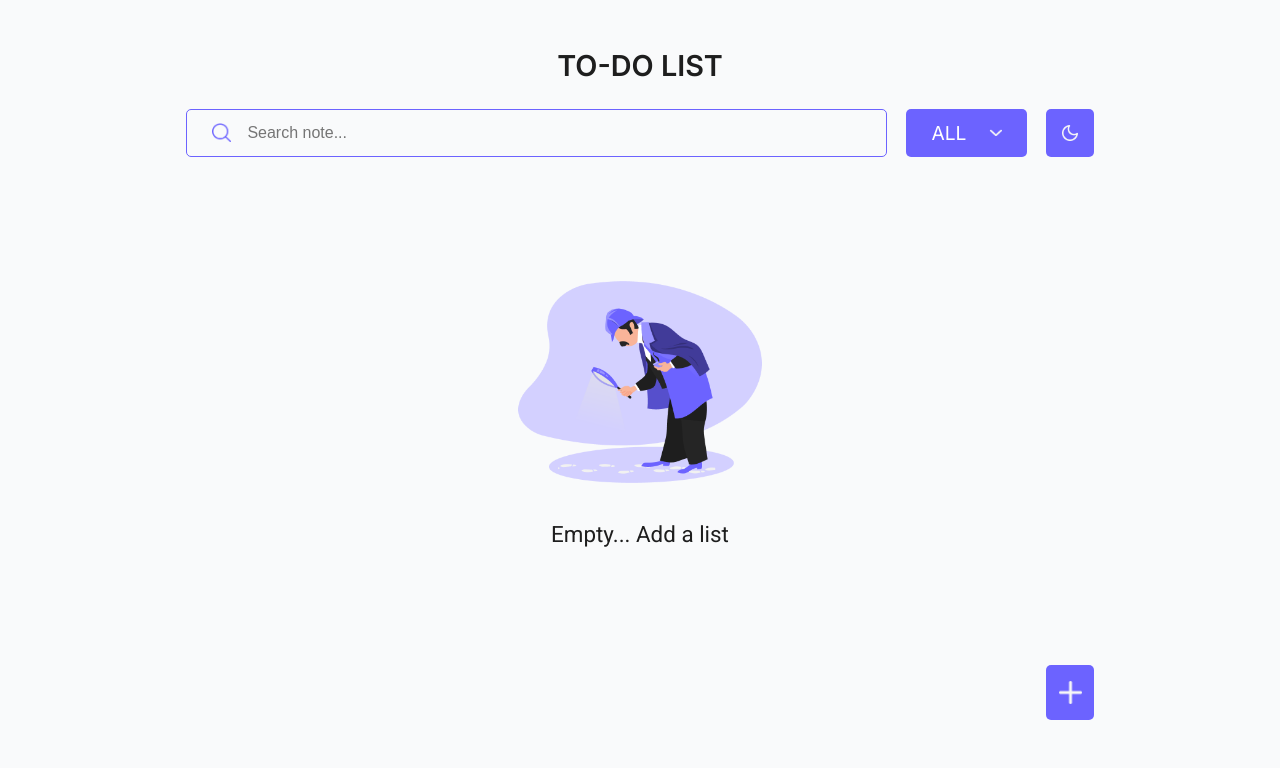
Repository: Marykeje/To-do-list
Page: index.html
An editor plug-in stored every save of this project. The page is shown before and after a run of saves, followed by the edit.
The browser window is 1280 px wide. The pictures show the whole page.
The style sheet was rebuilt from its Sass, Less or Tailwind sources for each picture, by a compiler version that may differ from the author's.

Above is the page before, as saved 2025-12-03 10:06:15.

After the next 2 saves:
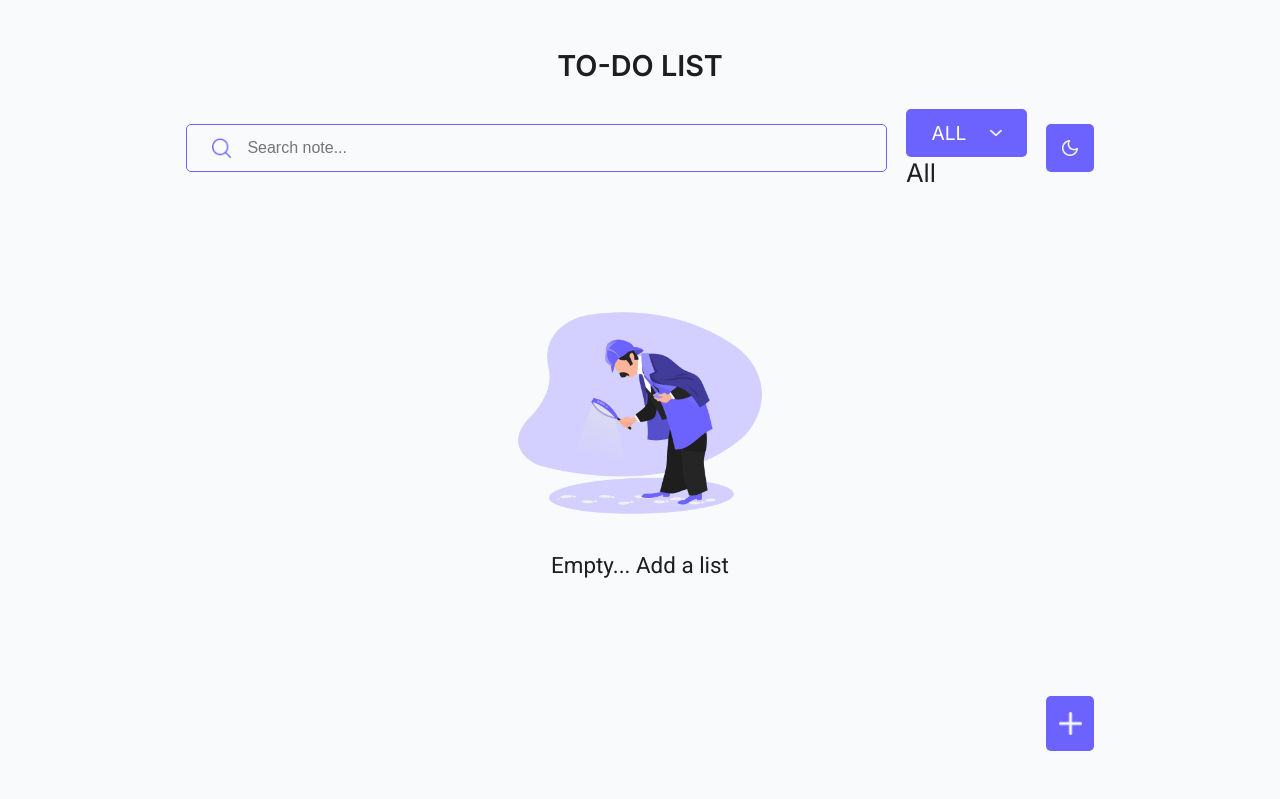
The 2 saves are shown as one change because they came seconds apart.
The last was saved 93 s later.
--- a/index.html
+++ b/index.html
@@ -22,7 +22,9 @@
                 <p>ALL</p>
                 <img src="./img/chevron-top.png" alt="" />
               </div>
-              <div class="header__all-dropdown"></div>
+              <div class="header__all-dropdown">
+                <p>All</p>
+              </div>
             </div>
             <div class="header__mode">
               <img src="./img/mode-icon.png" alt="" />
